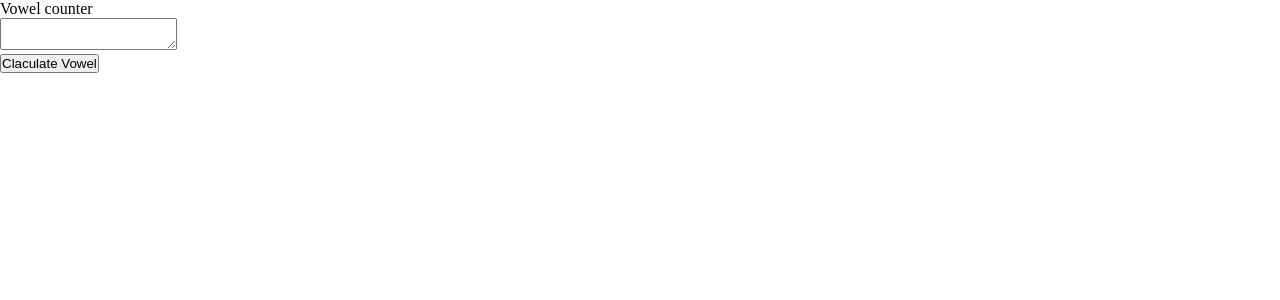
Repository: JunaidAnsari202/Vowel-counter
Page: index.html
An editor plug-in stored every save of this project. The page is shown before and after a run of saves, followed by the edit.
The browser window is 1280 px wide. The pictures show the whole page.

Above is the page before, as saved 2024-10-17 11:35:27.

### index.html
<!DOCTYPE html>
<html lang="en">
<head>
    <meta charset="UTF-8">
    <meta name="viewport" content="width=device-width, initial-scale=1.0">
    <title>Vowel counter</title>
    <link rel="stylesheet" href="style.css">
</head>
<body>
    <div class="container">
        <div class="header">Vowel counter</div>
        <div class="textarea">
            <textarea name="vowelinput" id="textarea"></textarea>
        </div>
        <div class="count">
            <button id="count">Claculate Vowel</button>
        </div>
        <div class="output"></div>
    </div>
    <script src="script.js"></script>
</body>
</html>

### style.css
*{
    margin: 0;
    padding: 0;
    box-sizing: border-box;
}

body{
    background-color: ;
}

Loaded but not shown: script.js (no copy from this time; the picture is the same without it)

After the next 13 saves:
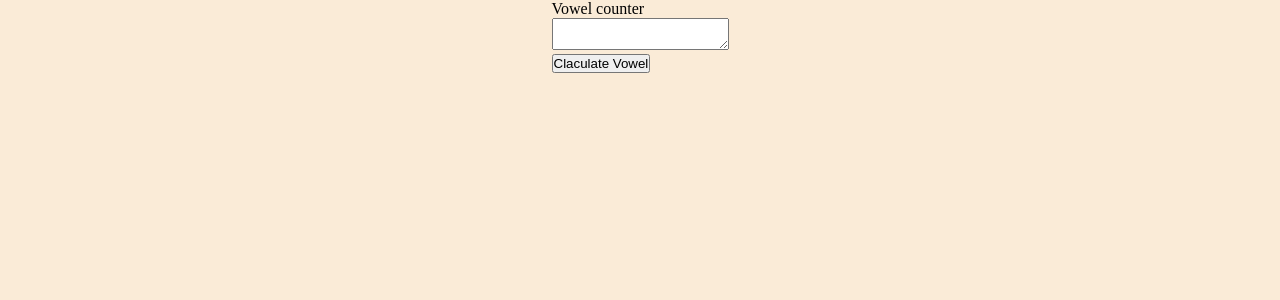
The 13 saves are shown as one change because they came seconds apart.
The last was saved 25 s later.
--- a/style.css
+++ b/style.css
@@ -5,5 +5,9 @@
 }
 
 body{
-    background-color: ;
+    background-color: antiquewhite;
+    display: flex;
+    justify-content: center;
+    align-items: center;
+
 }
